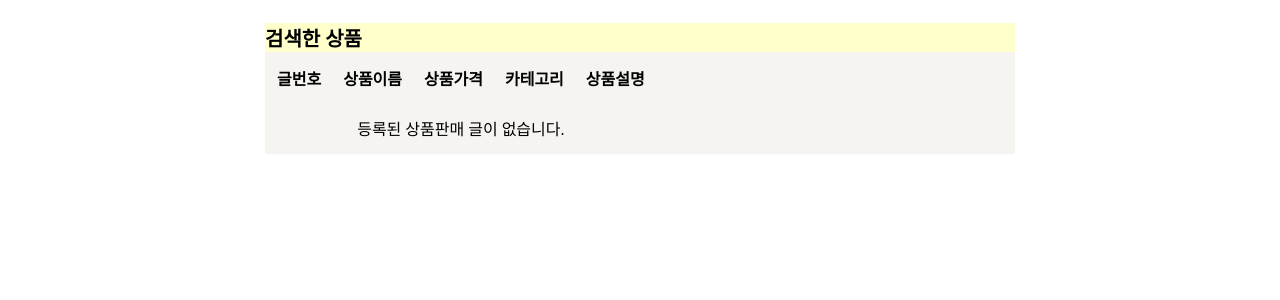
Repository: javadogfoot/semi-project
Page: http://localhost/tomato/admin/buyKeywordFind_ok.jsp
An editor plug-in stored every save of this project. The page is shown before and after the next save, followed by the edit.
The browser window is 1280 px wide. The pictures show the whole page.
The page is served by Tomcat 9. Queries for data that is not in the repository find no rows.

Above is the page before, as saved 2021-10-18 12:34:35.

After the next save:
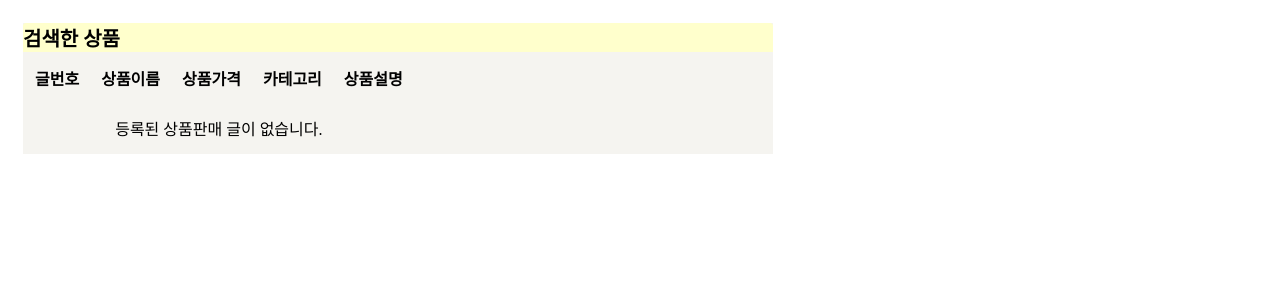
Saved 71 min 17 s later.
--- a/semi프로젝트워크스페이스/tomato/src/main/webapp/admin/buyKeywordFind_ok.jsp
+++ b/semi프로젝트워크스페이스/tomato/src/main/webapp/admin/buyKeywordFind_ok.jsp
@@ -15,7 +15,6 @@ String keyword=request.getParameter("keyword");
 <style>
 .table-responsive {
     width: 750px;
-   margin: 0px auto;
    padding:15px;
     }
 .table-wrapper {
